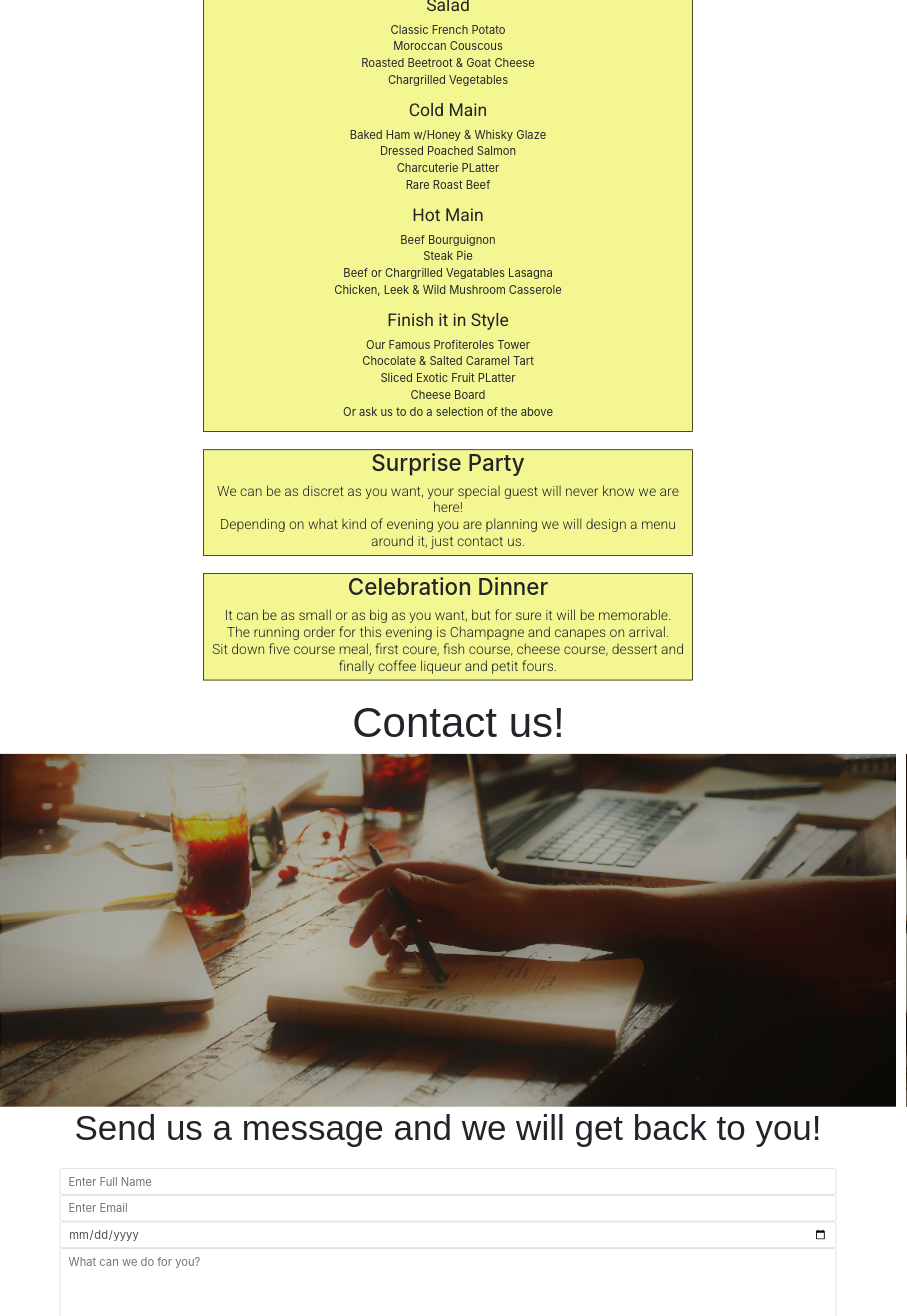
Repository: Mrsebastino/First-Milestone
Page: menu.html
The author's editor kept a record of every edit. The page is drawn from the files as they stood at one moment, then again after the next edit.
The browser window is 1280 px wide. The page is 1295 px wide, so the pictures cover 1295 px, including what lies to the right of the window. The pictures show the part of the page from y = 1260 to 3140 px (the page is 3336 px tall), at 70% of full size.
Backgrounds fixed to the window are drawn as part of the page. Some web fonts or font styles are not loaded; a fallback is used. Some web libraries are served in a nearby version.

Above is the page before.

After the next edit:
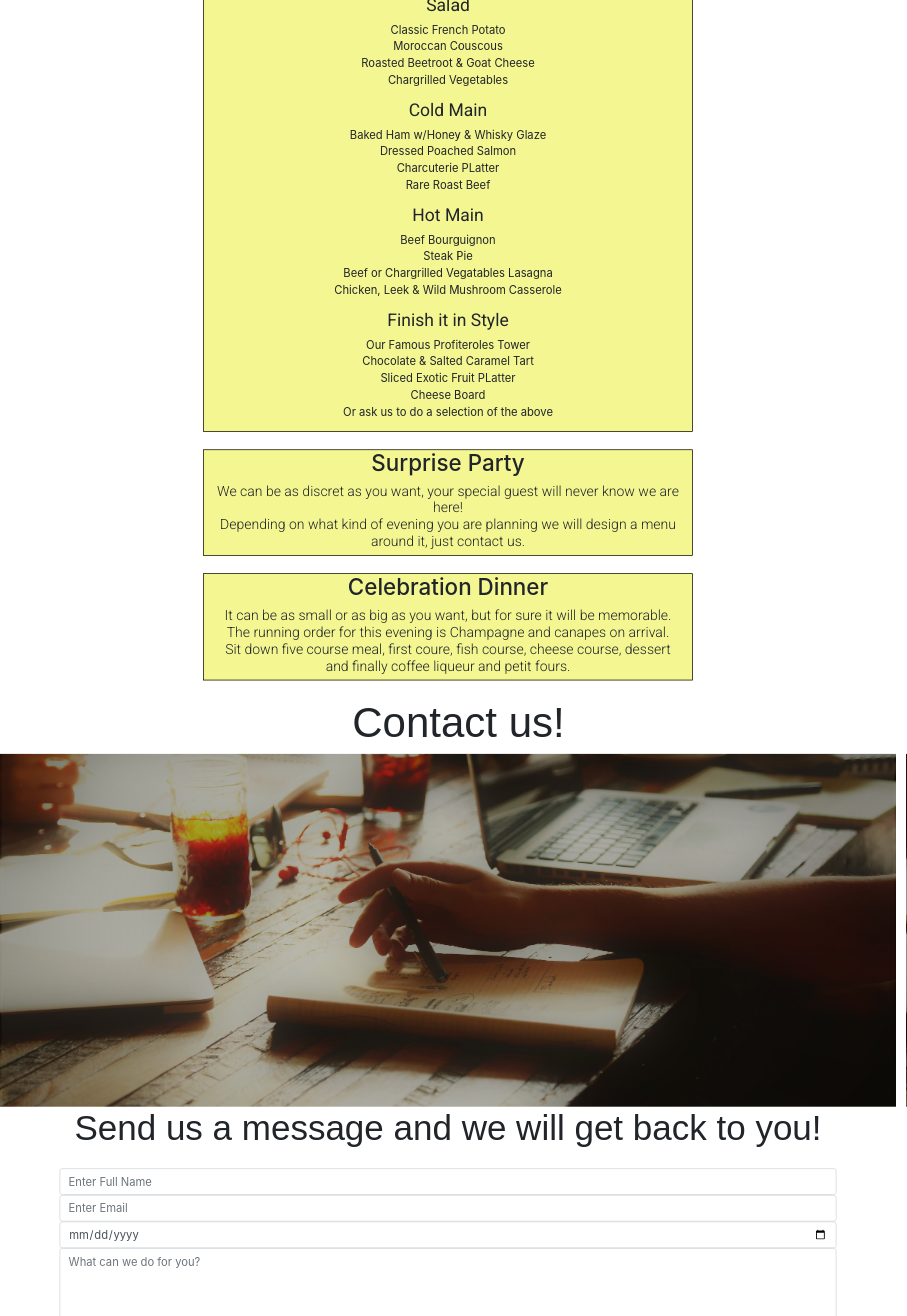
The edit:
--- a/menu.html
+++ b/menu.html
@@ -120,7 +120,7 @@
                 </div>
             </div>
         </div>
-        <div class="container-fluid container-event-menu">
+        <div class="container container-event-menu">
             <div class="row no-gutter">
                 <div class="col">
                     <h2 class="text-center uppercase">Celebration Dinner</h2>
